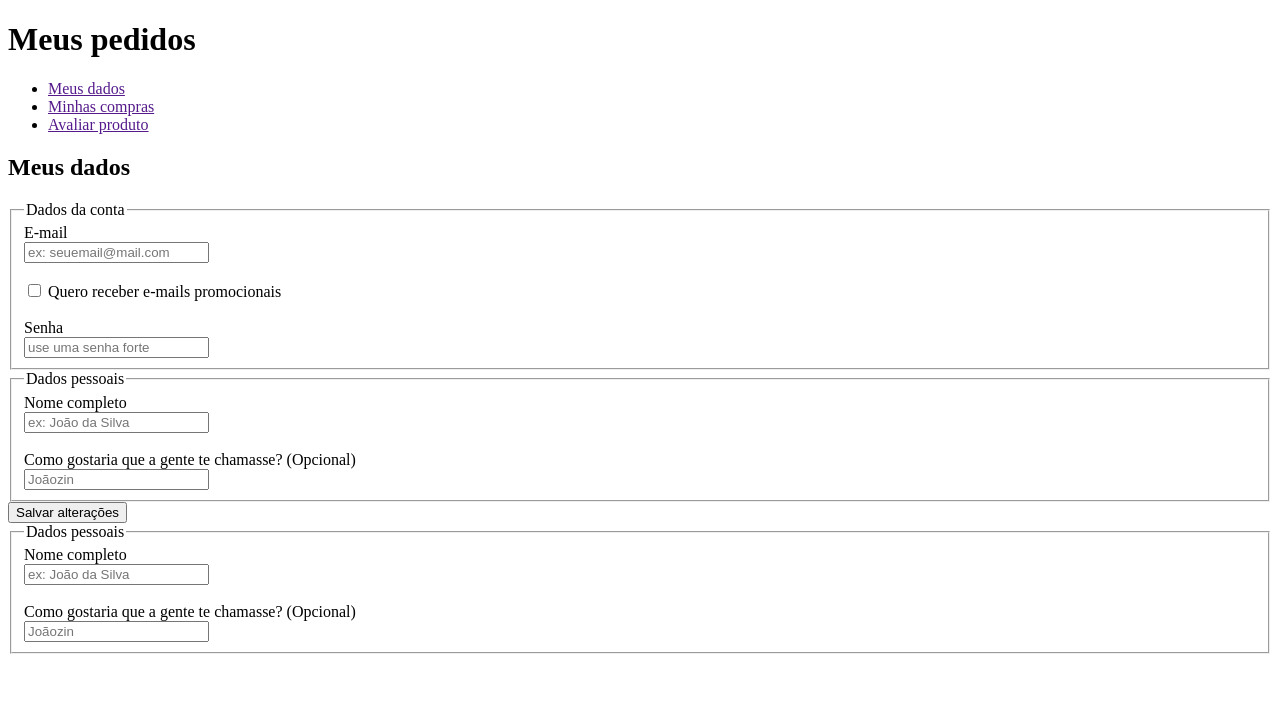
Repository: claudemir-camargo/site-compras
Page: index.html
The author's editor kept a copy of each file at every save. The page is drawn from the files as they stood at one save, then again after the next save.
The browser window is 1280 px wide. The pictures show the whole page.

Above is the page before, as saved 2024-03-03 13:56:50.

### index.html
<!DOCTYPE html>
<html lang="en">
<head>
    <meta charset="UTF-8">
    <meta name="viewport" content="width=device-width, initial-scale=1.0">
    <title>Site de Compras</title>
</head>
<body>
    <h1>Meus pedidos</h1>
    <ul>
        <li><a href="">Meus dados</a></li>
        <li><a href="">Minhas compras</a></li>
        <li><a href="">Avaliar produto</a></li>
    </ul>
    <h2>Meus dados</h2>
    <!-- Conta -->
    <fieldset>
        <legend>Dados da conta</legend>
        <form>
            <label>E-mail</label><br>
            <input type="email" id="email" name="email" placeholder="ex: seuemail@mail.com"><br><br>
            <input type="checkbox">
            <label>Quero receber e-mails promocionais</label><br><br>
            <label>Senha</label><br>
            <input type="password" placeholder="use uma senha forte">
        </form>
    </fieldset>
    <!-- Pessoais -->
    <fieldset>
        <legend>Dados pessoais</legend>
        <form>
            <label>Nome completo</label><br>
            <input type="text" placeholder="ex: João da Silva"><br><br>
            <label>Como gostaria que a gente te chamasse? (Opcional) </label><br>
            <input type="text" placeholder="Joãozin">
        </form>
    </fieldset>
    <button type="button">Salvar alterações</button>
    <!-- MInhas compras -->
    <fieldset>
        <legend>Dados pessoais</legend>
        <form>
            <label>Nome completo</label><br>
            <input type="text" placeholder="ex: João da Silva"><br><br>
            <label>Como gostaria que a gente te chamasse? (Opcional) </label><br>
            <input type="text" placeholder="Joãozin">
        </form>
    </fieldset>


</body>
</html>

After the next save:
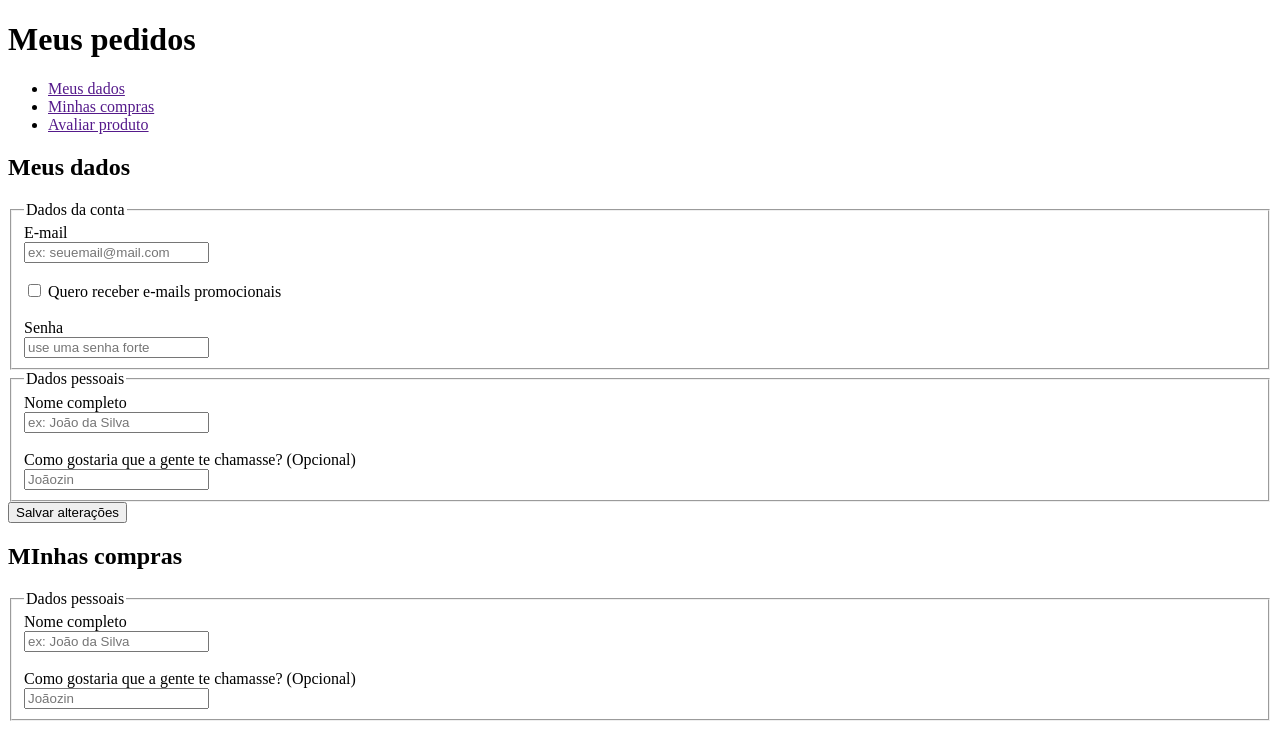
Saved 79 s later.
--- a/index.html
+++ b/index.html
@@ -37,6 +37,7 @@
     </fieldset>
     <button type="button">Salvar alterações</button>
     <!-- MInhas compras -->
+    <h2>MInhas compras</h2>
     <fieldset>
         <legend>Dados pessoais</legend>
         <form>
